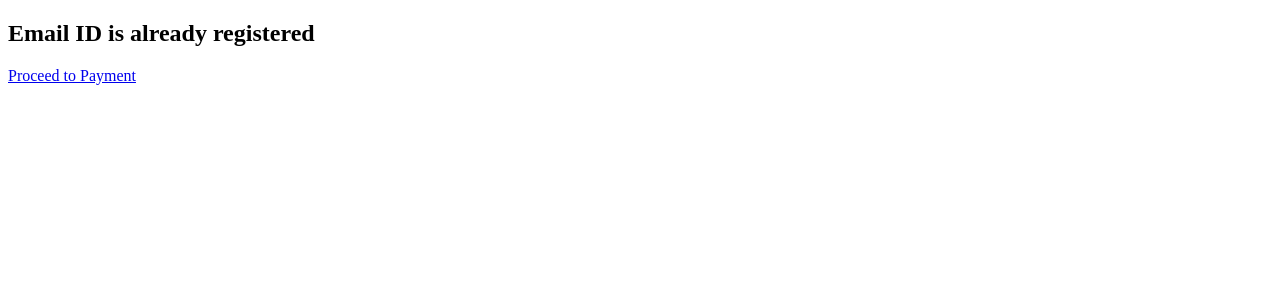
Repository: Shivani2392/FlyAwayProject
Page: http://localhost/FlightBookingPortal/Error.jsp
The author's editor kept a copy of each file at every save. The page is drawn from the files as they stood at one save, then again after the next save.
The browser window is 1280 px wide. The pictures show the whole page.
The page is served by Tomcat 9.

Above is the page before, as saved 2020-11-19 14:35:37.

After the next save:
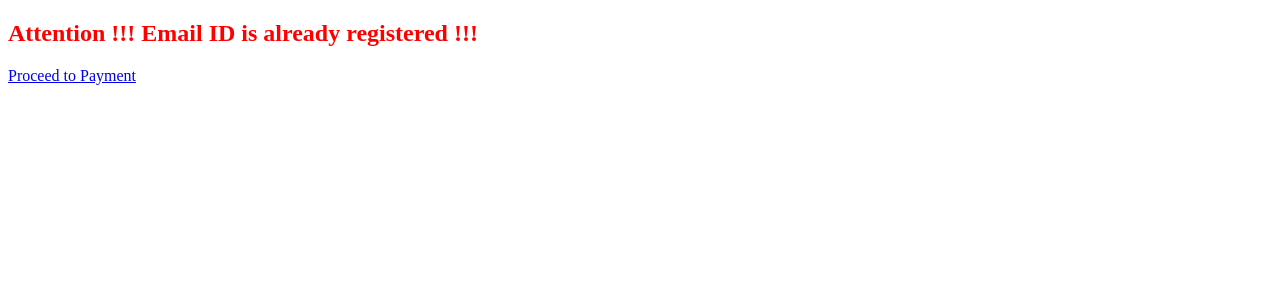
Saved 92 s later.
--- a/FlightBookingPortal/src/main/webapp/Error.jsp
+++ b/FlightBookingPortal/src/main/webapp/Error.jsp
@@ -7,7 +7,7 @@
 <title>Information</title>
 </head>
 <body>
-<h2> Email ID is already registered</h2>
+<h2 style="color:red">Attention !!! Email ID is already registered !!!</h2>
 <a href="Payement.jsp">Proceed to Payment</a>
 </body>
 </html>
